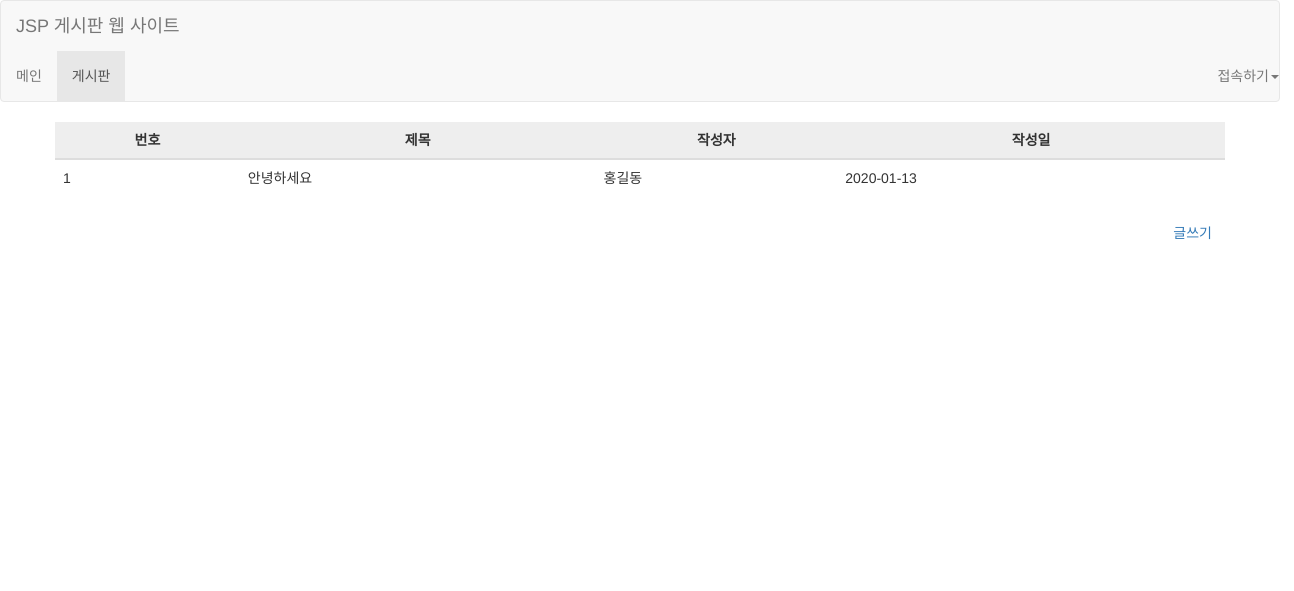
Repository: jeeyune/JSP-Bulletin-Board
Page: http://localhost/BBS/write.jsp
The author's editor kept a copy of each file at every save. The page is drawn from the files as they stood at one save, then again after the next save.
The browser window is 1280 px wide. The page is 1294 px wide, so the pictures cover 1294 px, including what lies to the right of the window. The pictures show the whole page.
Some web libraries are served in a nearby version. The page is served by Tomcat 9.

Above is the page before, as saved 2020-01-13 05:46:49.

After the next save:
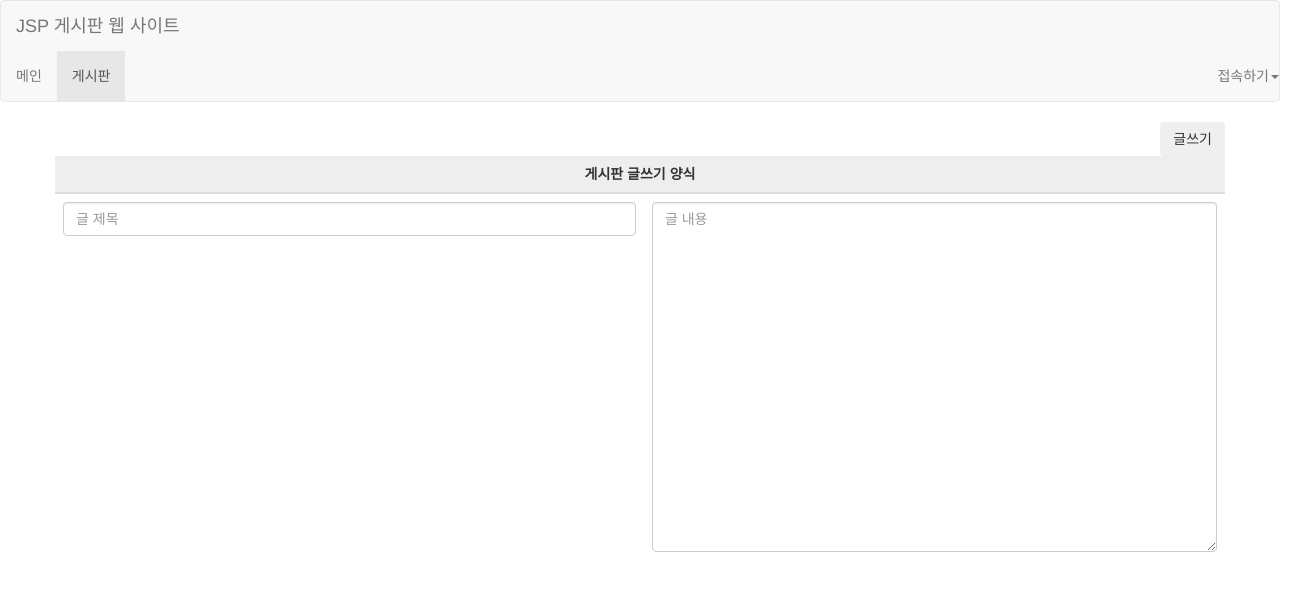
Saved 19 min 9 s later.
--- a/projects/BBS/WebContent/write.jsp
+++ b/projects/BBS/WebContent/write.jsp
@@ -72,22 +72,17 @@
 			<table class="table table-stripped" style="text-align: center border= 1px solid #dddddd">
 				<thead>
 					<tr>
-						<th	style="background-color: #eeeeee; text-align: center;">번호</th>
-						<th	style="background-color: #eeeeee; text-align: center;">제목</th>
-						<th	style="background-color: #eeeeee; text-align: center;">작성자</th>
-						<th	style="background-color: #eeeeee; text-align: center;">작성일</th>
+						<th	colspan="2" style="background-color: #eeeeee; text-align: center;">게시판 글쓰기 양식</th>
 					</tr>
 				</thead>
 				<tbody>
 					<tr>
-						<td>1</td>
-						<td>안녕하세요</td>
-						<td>홍길동</td>
-						<td>2020-01-13</td>
+						<td><input type="text" class="form-control" placeholder="글 제목" name="bbsTitle" maxlength="50"></td>
+						<td><textarea type="text" class="form-control" placeholder="글 내용" name="bbsContent" maxlength="2048" style="height: 350px";></textarea></td>
 					</tr>
 				</tbody>
+				<input type="submit" href="write.jsp" class="btn btn primary pull-right" value="글쓰기">
 			</table>
-			<a href="write.jsp" class="btn btn primary pull-right">글쓰기</a>
 		</div>
 	</div>
 	<script src="https://code.jquery.com/jquery-3.1.1.min.js"></script>
